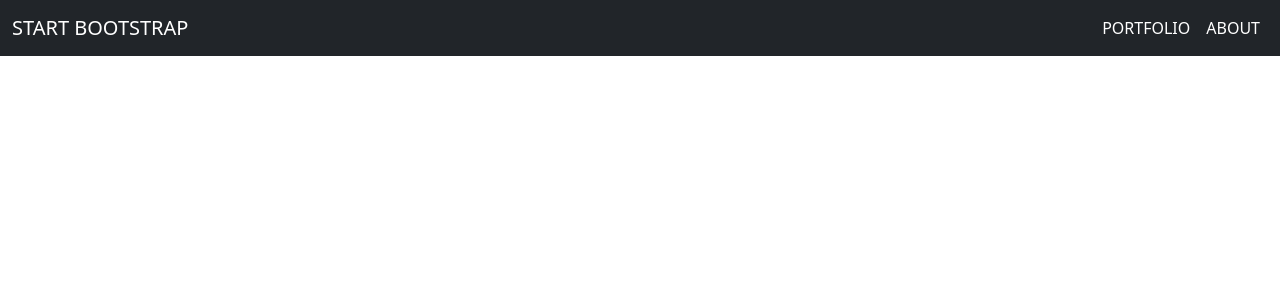
Repository: 7JaxeN7/WT-1255P-Mehmet_BEZC-
Page: index.html
These files come from the project's save history. The page is drawn as it stood at one moment and after the next save; the edit follows.
The browser window is 1280 px wide. The pictures show the whole page.

Above is the page before, as saved 2025-01-06 18:35:16.

### index.html
<!DOCTYPE html>
<html lang="tr">

<head>
    <meta charset="UTF-8">
    <meta name="viewport" content="width=device-width, initial-scale=1.0">
    <link href="https://cdn.jsdelivr.net/npm/bootstrap@5.3.3/dist/css/bootstrap.min.css" rel="stylesheet"
        integrity="sha384-QWTKZyjpPEjISv5WaRU9OFeRpok6YctnYmDr5pNlyT2bRjXh0JMhjY6hW+ALEwIH" crossorigin="anonymous">
    <title>Start Bootstrap</title>
</head>

<body>
    <header>
      <nav class="navbar navbar-expand-lg bg-dark">
            <div class="container-fluid">
              <a class="navbar-brand text-white" href="#">START BOOTSTRAP</a>
              <button class="navbar-toggler" type="button" data-bs-toggle="collapse" data-bs-target="#navbarNav" aria-controls="navbarNav" aria-expanded="false" aria-label="Toggle navigation">
                <span class="navbar-toggler-icon"></span>
              </button>
              <div class="collapse navbar-collapse" id="navbarNav">
                <ul class="navbar-nav ms-auto">
                  <li class="nav-item">
                    <a class="nav-link text-white" href="#">PORTFOLIO</a>
                  </li>
                  <li class="nav-item">
                    <a class="nav-link text-white" href="#">ABOUT</a>
                  </li>
                </ul>
              </div>
            </div>
          </nav>
    </header>
    <!-- Burası bootstrap script kısmı -->
    <script src="https://cdn.jsdelivr.net/npm/bootstrap@5.3.3/dist/js/bootstrap.bundle.min.js"
        integrity="sha384-YvpcrYf0tY3lHB60NNkmXc5s9fDVZLESaAA55NDzOxhy9GkcIdslK1eN7N6jIeHz"
        crossorigin="anonymous"></script>
</body>

</html>

After the next save:
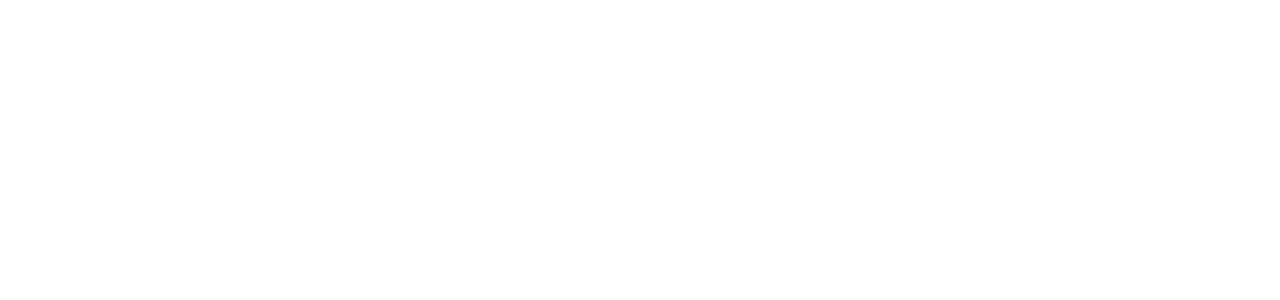
Saved 111 s later.
--- a/index.html
+++ b/index.html
@@ -11,7 +11,7 @@
 
 <body>
     <header>
-      <nav class="navbar navbar-expand-lg bg-dark">
+      <nav class="navbar navbar-expand-lg navbar">
             <div class="container-fluid">
               <a class="navbar-brand text-white" href="#">START BOOTSTRAP</a>
               <button class="navbar-toggler" type="button" data-bs-toggle="collapse" data-bs-target="#navbarNav" aria-controls="navbarNav" aria-expanded="false" aria-label="Toggle navigation">

After the save that followed:
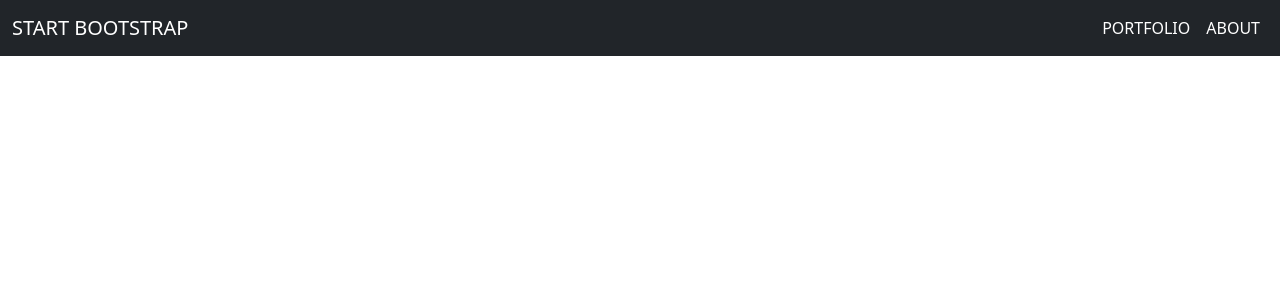
Saved 6 s later.
--- a/index.html
+++ b/index.html
@@ -11,7 +11,7 @@
 
 <body>
     <header>
-      <nav class="navbar navbar-expand-lg navbar">
+      <nav class="navbar navbar-expand-lg bg-dark">
             <div class="container-fluid">
               <a class="navbar-brand text-white" href="#">START BOOTSTRAP</a>
               <button class="navbar-toggler" type="button" data-bs-toggle="collapse" data-bs-target="#navbarNav" aria-controls="navbarNav" aria-expanded="false" aria-label="Toggle navigation">
